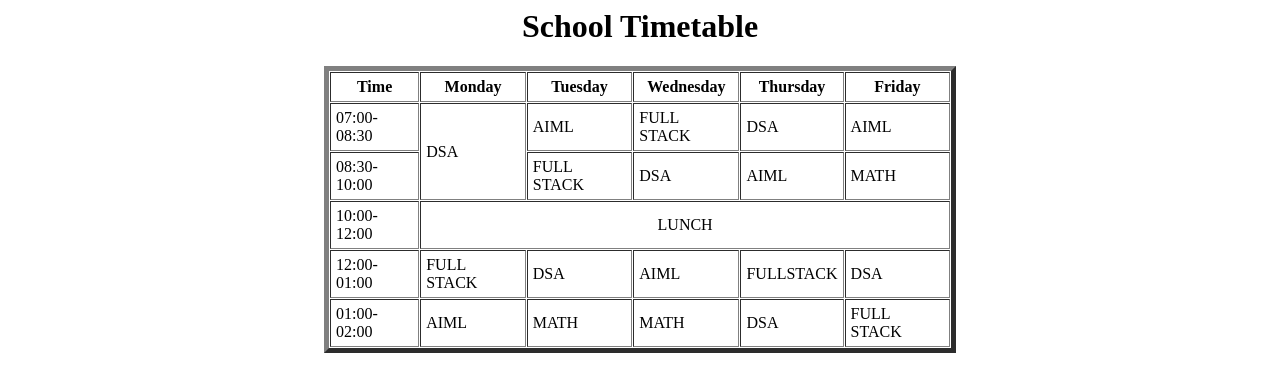
Repository: AdityaTech-Pro/FullStackWithBridgelabz
Page: Assignment2/table/index.html
An editor plug-in stored every save of this project. The page is shown before and after a run of saves, followed by the edit.
The browser window is 1280 px wide. The pictures show the whole page.

Above is the page before, as saved 2025-10-15 08:33:32.

After the next 6 saves:
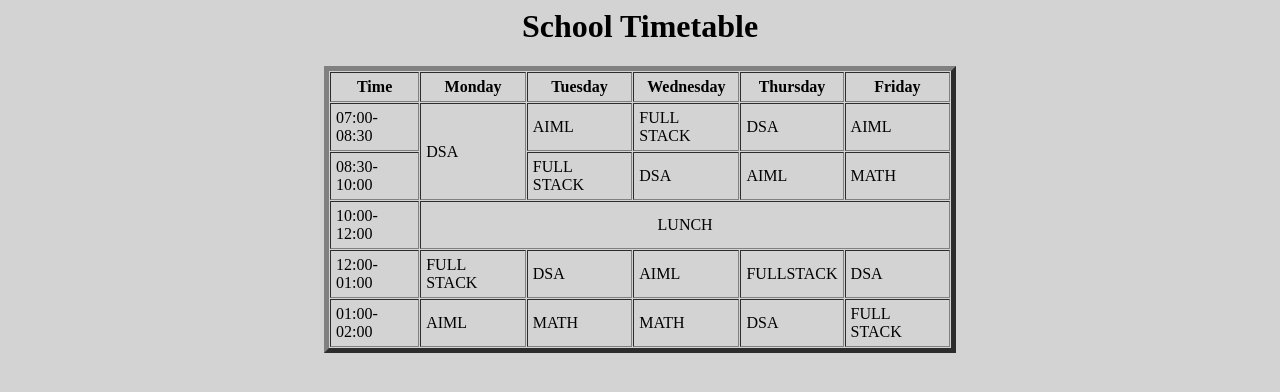
The 6 saves are shown as one change because they came seconds apart.
The last was saved 19 s later.
--- a/Assignment2/table/index.html
+++ b/Assignment2/table/index.html
@@ -3,7 +3,7 @@
 <head>
     <style>
         body {
-            background-color: w;
+            background-color: lightgray;
         }
 
         h1 {
